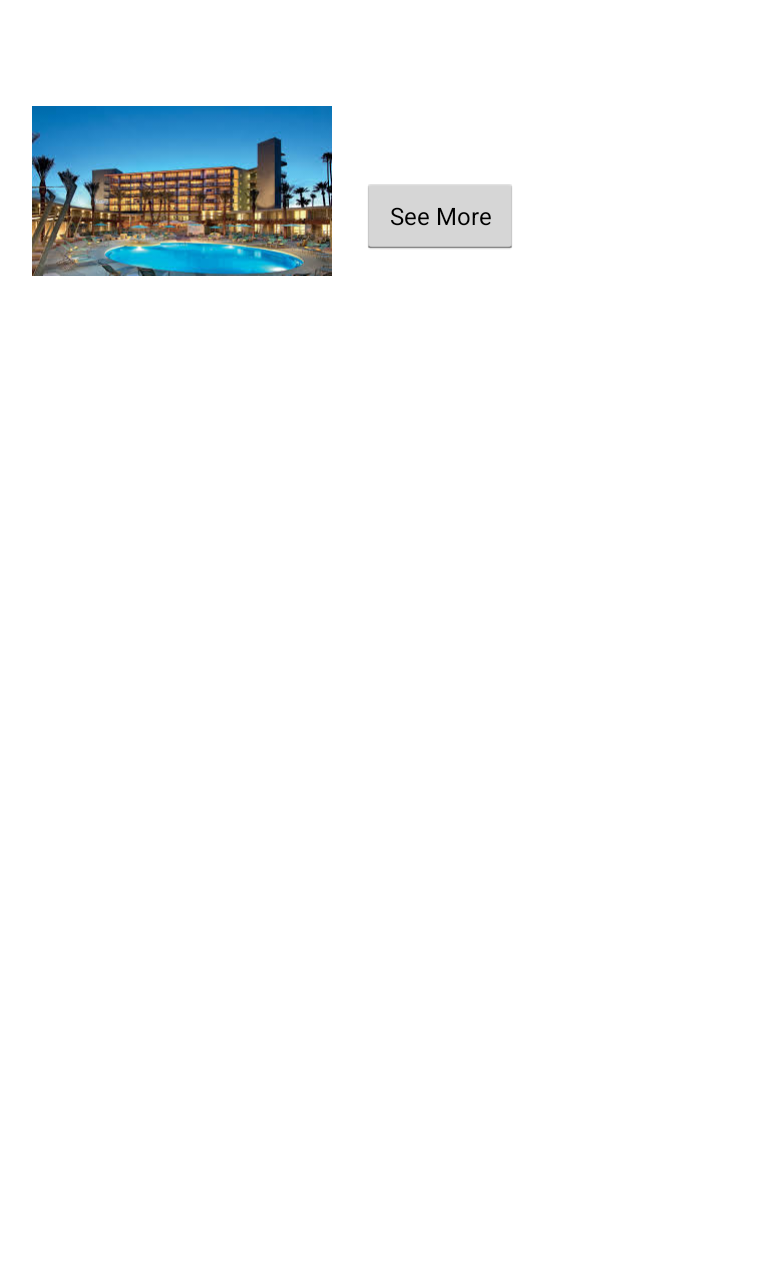
Repository: alyssialui/NCMS
Layout: CodeSprint/HotelLocator/res/layout/activity_featured.xml
The author's editor kept a copy of each file at every save. The layout is drawn from the files as they stood at one save, then again after the next save.
It is drawn on a 768 x 1280 px phone screen (xhdpi) without system bars, with theme AppTheme; the app's code is not run. Lists and similar views that code fills are empty.

Above is the layout before, as saved 2013-04-07 21:49:13.

### CodeSprint/HotelLocator/res/layout/activity_featured.xml
<RelativeLayout xmlns:android="http://schemas.android.com/apk/res/android"
    xmlns:tools="http://schemas.android.com/tools"
    android:layout_width="match_parent"
    android:layout_height="match_parent"
    android:paddingBottom="@dimen/activity_vertical_margin"
    android:paddingLeft="@dimen/activity_horizontal_margin"
    android:paddingRight="@dimen/activity_horizontal_margin"
    android:paddingTop="@dimen/activity_vertical_margin"
    tools:context=".FeaturedActivity" >

    <TextView
        android:id="@+id/hotelName"
        android:layout_width="wrap_content"
        android:layout_height="wrap_content"
        android:layout_alignParentTop="true"
        android:layout_centerHorizontal="true"
        android:textAppearance="?android:attr/textAppearanceLarge" />

    <ImageView
        android:id="@+id/imageView1"
        android:layout_width="150dp"
        android:layout_height="100dp"
        android:layout_alignParentLeft="true"
        android:layout_below="@+id/hotelName"
        android:src="@drawable/images" />

    <TextView
        android:id="@+id/hotelDescription"
        android:layout_width="wrap_content"
        android:layout_height="wrap_content"
        android:layout_alignTop="@+id/imageView1"
        android:layout_marginLeft="14dp"
        android:layout_marginTop="18dp"
        android:layout_toRightOf="@+id/imageView1"
        android:textAppearance="?android:attr/textAppearanceMedium" />

    <ListView
        android:id="@+id/listView1"
        android:layout_width="match_parent"
        android:layout_height="286dp"
        android:layout_alignLeft="@+id/imageView1"
        android:layout_alignParentBottom="true" >
    </ListView>

    <Button
        android:id="@+id/button1"
        android:layout_width="80dp"
        android:layout_height="40dp"
        android:textSize="12sp"
        android:layout_alignLeft="@+id/hotelDescription"
        android:layout_toRightOf="@+id/imageView1"
        android:layout_below="@+id/hotelDescription"
        android:text="See More" />

</RelativeLayout>

Loaded but not shown: CodeSprint/HotelLocator/res/values/styles.xml (common file); CodeSprint/HotelLocator/res/values-v11/styles.xml (common file); CodeSprint/HotelLocator/res/values-v14/styles.xml (common file); CodeSprint/HotelLocator/res/values/dimens.xml (common file)

After the next save:
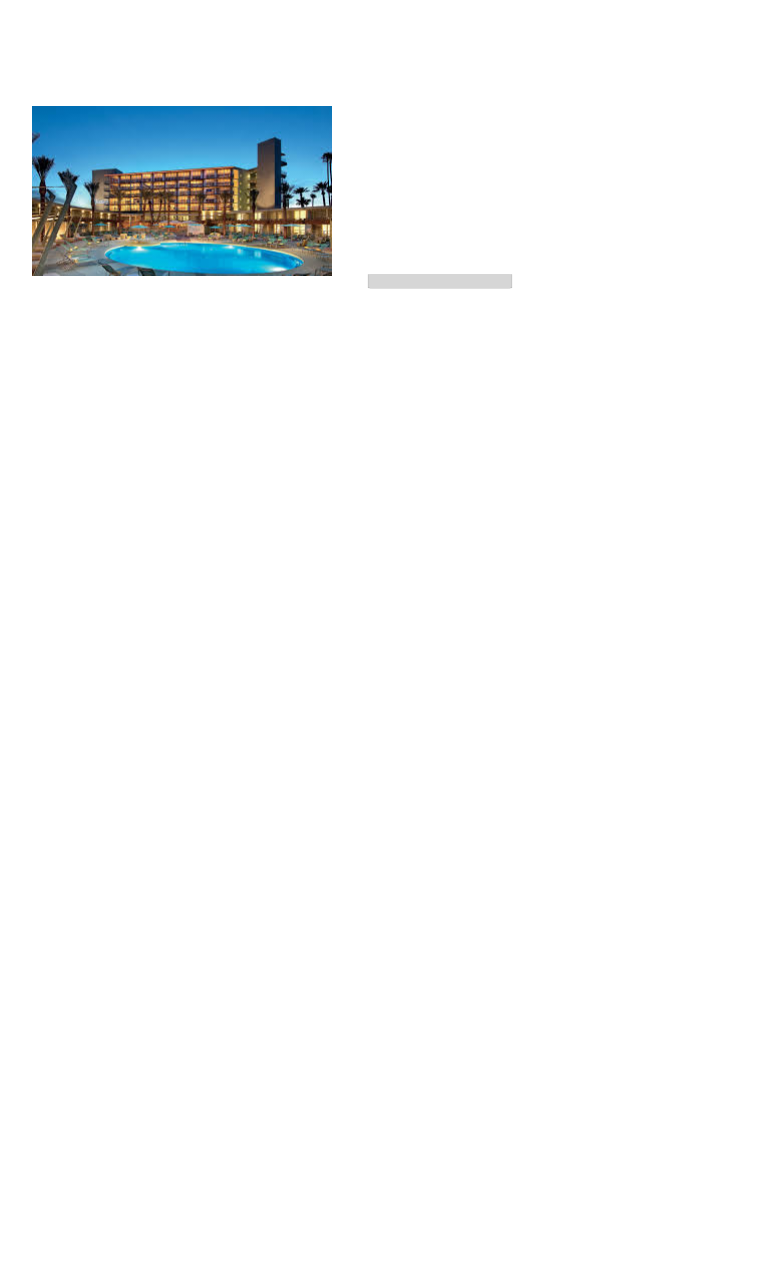
Saved 4 min 59 s later.
--- a/CodeSprint/HotelLocator/res/layout/activity_featured.xml
+++ b/CodeSprint/HotelLocator/res/layout/activity_featured.xml
@@ -45,11 +45,11 @@
     <Button
         android:id="@+id/button1"
         android:layout_width="80dp"
-        android:layout_height="40dp"
-        android:textSize="12sp"
+        android:layout_height="10dp"
+        android:layout_alignBottom="@+id/imageView1"
         android:layout_alignLeft="@+id/hotelDescription"
         android:layout_toRightOf="@+id/imageView1"
-        android:layout_below="@+id/hotelDescription"
-        android:text="See More" />
+        android:text="See More"
+        android:textSize="12sp" />
 
 </RelativeLayout>
